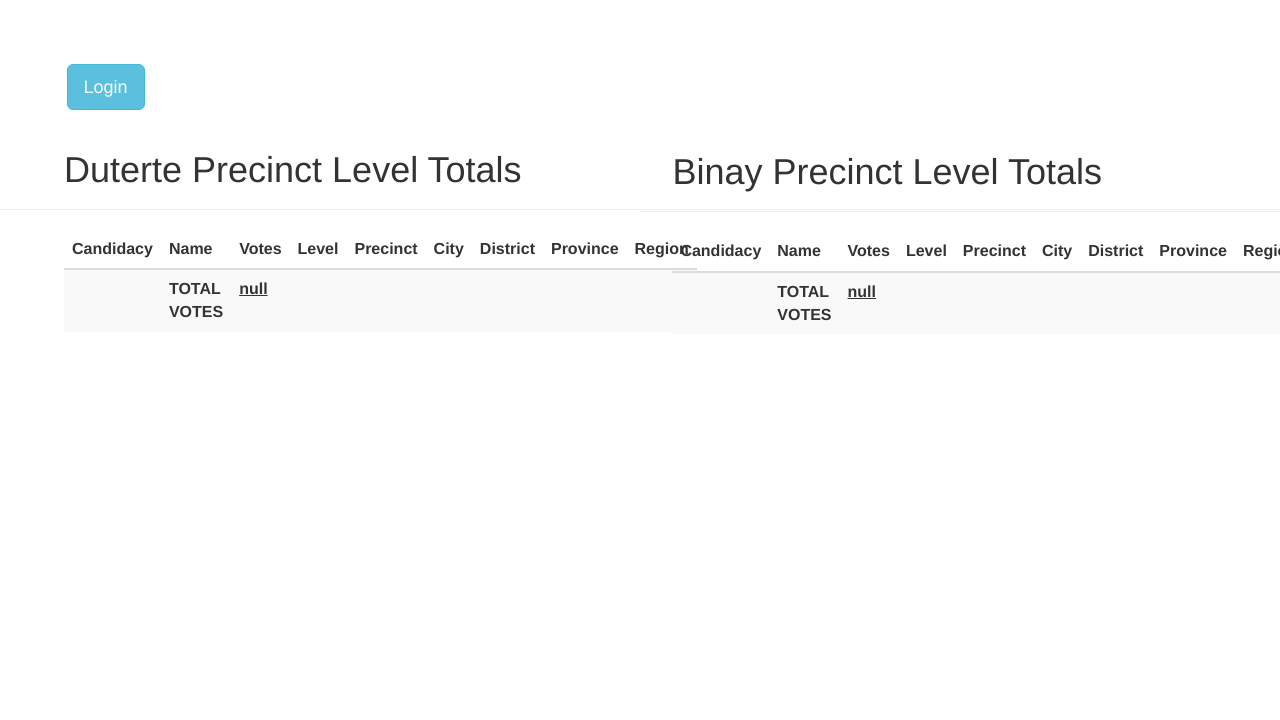
Repository: acbalutan/softdev-cencas-team_apink
Page: http://localhost/AES/index.jsp
These files come from the project's save history. The page is drawn as it stood at one moment and after the next save; the edit follows.
The browser window is 1280 px wide. The pictures show the whole page.
The page is served by Tomcat 9. Other server files are loaded and not shown. Queries for data that is not in the repository find no rows.

Above is the page before, as saved 2016-02-26 11:21:34.
Console error (its wording comes from the project's code and is left out).

### workspace/AES/WebContent/index.jsp
<html>
<head>
	<link rel="stylesheet" href="bootstrap/bootstrap.min.css">
	<script type="text/javascript" src="bootstrap/js/bootstrap.min.js"></script>
</head>
<body>

<form action="login.jsp" style="padding-left: 5.2%;padding-top: 5%;">
    <button type="submit" class="btn btn-lg btn-info">Login</button>
</form>


<%@ page import="java.sql.*" %>
<%@ page import="bean.Provider" %>
<%@ page import="bean.PileBean" %>
<%@ page import="bean.Counter" %>

<%

Class.forName("org.sqlite.JDBC");
Connection conn = DriverManager.getConnection("jdbc:sqlite:D:/Eclipse/db/aes.db");
Statement stat = conn.createStatement();

%>
<div class="page-header" style="padding-left: 5%;">
	<h1>Duterte Precinct Level Totals</h1>
</div>

<div class="col-md-6" style="padding-left: 5%;">
	<table class="table table-striped">
    	<thead>
              <tr>
                <th>Candidacy</th>
                <th>Name</th>
                <th>Votes</th>
                <th>Level</th>
                <th>Precinct</th>
                <th>City</th>
                <th>District</th>
                <th>Province</th>
                <th>Region</th>
              </tr>
		</thead>
		<tbody>
			<%
			ResultSet duterte = stat.executeQuery("SELECT * FROM tapat WHERE name='Rodrigo Duterte';");
			while (duterte.next()) {
			    %>
			    	<tr>
			    		<td><%= duterte.getString("candidacy") %></td>
			    		<td><%= duterte.getString("name") %></td>
			    		<td><%= duterte.getString("vote") %></td>
			    		<td><%= duterte.getString("level") %></td>
			    		<td><%= duterte.getString("precinct") %></td>
			    		<td><%= duterte.getString("city") %></td>
			    		<td><%= duterte.getString("district") %></td>
			    		<td><%= duterte.getString("province") %></td>
			    		<td><%= duterte.getString("region") %></td>
			    	</tr>
			    <%
			}
			duterte.close();

			ResultSet totalduterte = stat.executeQuery("SELECT SUM(vote) as 'TOTALVOTES' FROM tapat WHERE name='Rodrigo Duterte';");
			%>
				<tr>
					<td></td>
					<td><strong>TOTAL VOTES</strong></td>
					<td style="text-decoration: underline;"><strong> <%= totalduterte.getString("TOTALVOTES") %> </strong></td>
					<td></td>
					<td></td>
					<td></td>
					<td></td>
					<td></td>
					<td></td>
				</tr>
			<% totalduterte.close(); %>
    	</tbody>
	</table>
</div>

<div style="position: absolute; top: 15.6%; left: 50%;">
	<div class="page-header" style="padding-left: 5%;">
		<h1>Binay Precinct Level Totals</h1>
	</div>

	<div class="col-md-6" style="padding-left: 5%;">
		<table class="table table-striped">
	    	<thead>
	              <tr>
	                <th>Candidacy</th>
	                <th>Name</th>
	                <th>Votes</th>
	                <th>Level</th>
	                <th>Precinct</th>
	                <th>City</th>
	                <th>District</th>
	                <th>Province</th>
	                <th>Region</th>
	              </tr>
			</thead>
			<tbody>
				<%
				ResultSet binay = stat.executeQuery("SELECT * FROM tapat WHERE name='Jejomar Binay';");
				while (binay.next()) {
				    %>
				    	<tr>
				    		<td><%= binay.getString("candidacy") %></td>
				    		<td><%= binay.getString("name") %></td>
				    		<td><%= binay.getString("vote") %></td>
				    		<td><%= binay.getString("level") %></td>
				    		<td><%= binay.getString("precinct") %></td>
				    		<td><%= binay.getString("city") %></td>
				    		<td><%= binay.getString("district") %></td>
				    		<td><%= binay.getString("province") %></td>
				    		<td><%= binay.getString("region") %></td>
				    	</tr>
				    <%
				}
				binay.close();

				ResultSet totalbinay = stat.executeQuery("SELECT SUM(vote) as 'TOTALVOTES' FROM tapat WHERE name='Jejomar Binay';");
				%>
					<tr>
						<td></td>
						<td><strong>TOTAL VOTES</strong></td>
						<td style="text-decoration: underline;"><strong> <%= totalbinay.getString("TOTALVOTES") %> </strong></td>
						<td></td>
						<td></td>
						<td></td>
						<td></td>
						<td></td>
						<td></td>
					</tr>
				<% totalbinay.close(); %>
	    	</tbody>
		</table>
	</div>
</div>

<div style="position: absolute; top: 100%; left: 3%;">
	<div class="page-header" style="padding-left: 5%;">
		<h1>Santiago Precinct Level Totals</h1>
	</div>

	<div class="col-md-6" style="padding-left: 5%;">
		<table class="table table-striped">
	    	<thead>
	              <tr>
	                <th>Candidacy</th>
	                <th>Name</th>
	                <th>Votes</th>
	                <th>Level</th>
	                <th>Precinct</th>
	                <th>City</th>
	                <th>District</th>
	                <th>Province</th>
	                <th>Region</th>
	              </tr>
			</thead>
			<tbody>
				<%
				ResultSet santiago = stat.executeQuery("SELECT * FROM tapat WHERE name='Miriam Santiago';");
				while (binay.next()) {
				    %>
				    	<tr>
				    		<td><%= santiago.getString("candidacy") %></td>
				    		<td><%= santiago.getString("name") %></td>
				    		<td><%= santiago.getString("vote") %></td>
				    		<td><%= santiago.getString("level") %></td>
				    		<td><%= santiago.getString("precinct") %></td>
				    		<td><%= santiago.getString("city") %></td>
				    		<td><%= santiago.getString("district") %></td>
				    		<td><%= santiago.getString("province") %></td>
				    		<td><%= santiago.getString("region") %></td>
				    	</tr>
				    <%
				}
				santiago.close();

				ResultSet totalsantiago = stat.executeQuery("SELECT SUM(vote) as 'TOTALVOTES' FROM tapat WHERE name='Miriam Santiago';");
				%>
					<tr>
						<td></td>
						<td><strong>TOTAL VOTES</strong></td>
						<td style="text-decoration: underline;"><strong> <%= totalsantiago.getString("TOTALVOTES") %> </strong></td>
						<td></td>
						<td></td>
						<td></td>
						<td></td>
						<td></td>
						<td></td>
					</tr>
				<% totalsantiago.close(); %>
	    	</tbody>
		</table>
	</div>
</div>

<div style="position: absolute; top: 100%; left: 50%;">
	<div class="page-header" style="padding-left: 5%;">
		<h1>Roxas Precinct Level Totals</h1>
	</div>

	<div class="col-md-6" style="padding-left: 5%;">
		<table class="table table-striped">
	    	<thead>
	              <tr>
	                <th>Candidacy</th>
	                <th>Name</th>
	                <th>Votes</th>
	                <th>Level</th>
	                <th>Precinct</th>
	                <th>City</th>
	                <th>District</th>
	                <th>Province</th>
	                <th>Region</th>
	              </tr>
			</thead>
			<tbody>
				<%
				ResultSet roxas = stat.executeQuery("SELECT * FROM tapat WHERE name='Mar Roxas';");
				while (roxas.next()) {
				    %>
				    	<tr>
				    		<td><%= roxas.getString("candidacy") %></td>
				    		<td><%= roxas.getString("name") %></td>
				    		<td><%= roxas.getString("vote") %></td>
				    		<td><%= roxas.getString("level") %></td>
				    		<td><%= roxas.getString("precinct") %></td>
				    		<td><%= roxas.getString("city") %></td>
				    		<td><%= roxas.getString("district") %></td>
				    		<td><%= roxas.getString("province") %></td>
				    		<td><%= roxas.getString("region") %></td>
				    	</tr>
				    <%
				}
				roxas.close();

				ResultSet totalroxas = stat.executeQuery("SELECT SUM(vote) as 'TOTALVOTES' FROM tapat WHERE name='Mar Roxas';");
				%>
					<tr>
						<td></td>
						<td><strong>TOTAL VOTES</strong></td>
						<td style="text-decoration: underline;"><strong> <%= totalroxas.getString("TOTALVOTES") %> </strong></td>
						<td></td>
						<td></td>
						<td></td>
						<td></td>
						<td></td>
						<td></td>
					</tr>
				<% totalroxas.close(); %>
	    	</tbody>
		</table>
	</div>
</div>

<div style="position: absolute; top: 150%; left: 50%;">
	<div class="page-header" style="padding-left: 5%;">
		<h1>Seneres Precinct Level Totals</h1>
	</div>

	<div class="col-md-6" style="padding-left: 5%;">
		<table class="table table-striped">
	    	<thead>
	              <tr>
	                <th>Candidacy</th>
	                <th>Name</th>
	                <th>Votes</th>
	                <th>Level</th>
	                <th>Precinct</th>
	                <th>City</th>
	                <th>District</th>
	                <th>Province</th>
	                <th>Region</th>
	              </tr>
			</thead>
			<tbody>
				<%
				ResultSet seneres = stat.executeQuery("SELECT * FROM tapat WHERE name='Roy Seneres';");
				while (seneres.next()) {
				    %>
				    	<tr>
				    		<td><%= seneres.getString("candidacy") %></td>
				    		<td><%= seneres.getString("name") %></td>
				    		<td><%= seneres.getString("vote") %></td>
				    		<td><%= seneres.getString("level") %></td>
				    		<td><%= seneres.getString("precinct") %></td>
				    		<td><%= seneres.getString("city") %></td>
				    		<td><%= seneres.getString("district") %></td>
				    		<td><%= seneres.getString("province") %></td>
				    		<td><%= seneres.getString("region") %></td>
				    	</tr>
				    <%
				}
				seneres.close();

				ResultSet totalseneres = stat.executeQuery("SELECT SUM(vote) as 'TOTALVOTES' FROM tapat WHERE name='Roy Seneres';");
				%>
					<tr>
						<td></td>
						<td><strong>TOTAL VOTES</strong></td>
						<td style="text-decoration: underline;"><strong> <%= totalseneres.getString("TOTALVOTES") %> </strong></td>
						<td></td>
						<td></td>
						<td></td>
						<td></td>
						<td></td>
						<td></td>
					</tr>
				<% totalseneres.close(); %>
	    	</tbody>
		</table>
	</div>
</div>
<%	stat.close();
	conn.close();	%>

</body>
</html>

Loaded but not shown: workspace/AES/WebContent/bootstrap/bootstrap.min.css (library); workspace/AES/WebContent/bootstrap/bootstrap.min.js (library)

After the next save:
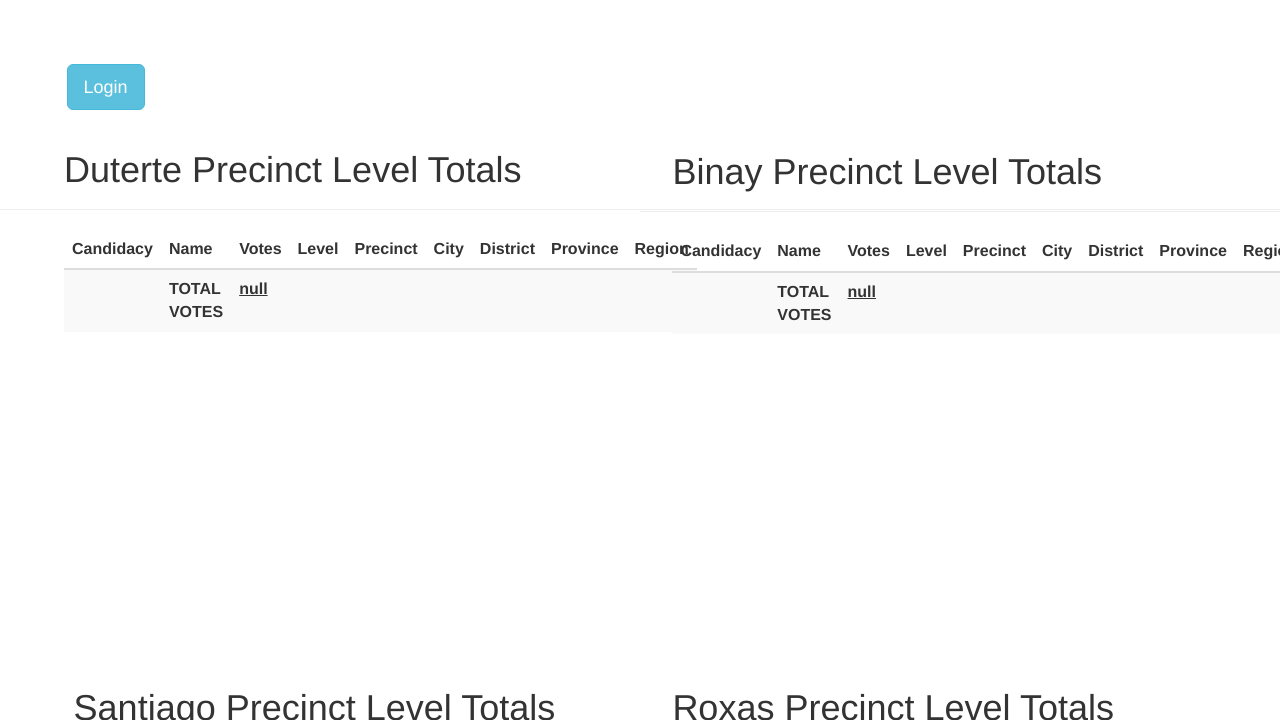
Saved 22 s later.
--- a/workspace/AES/WebContent/index.jsp
+++ b/workspace/AES/WebContent/index.jsp
@@ -138,7 +138,7 @@
 	</div>
 </div>
 
-<div style="position: absolute; top: 100%; left: 3%;">
+<div style="position: absolute; top: 90%; left: 3%;">
 	<div class="page-header" style="padding-left: 5%;">
 		<h1>Santiago Precinct Level Totals</h1>
 	</div>
@@ -197,7 +197,7 @@
 	</div>
 </div>
 
-<div style="position: absolute; top: 100%; left: 50%;">
+<div style="position: absolute; top: 90%; left: 50%;">
 	<div class="page-header" style="padding-left: 5%;">
 		<h1>Roxas Precinct Level Totals</h1>
 	</div>
